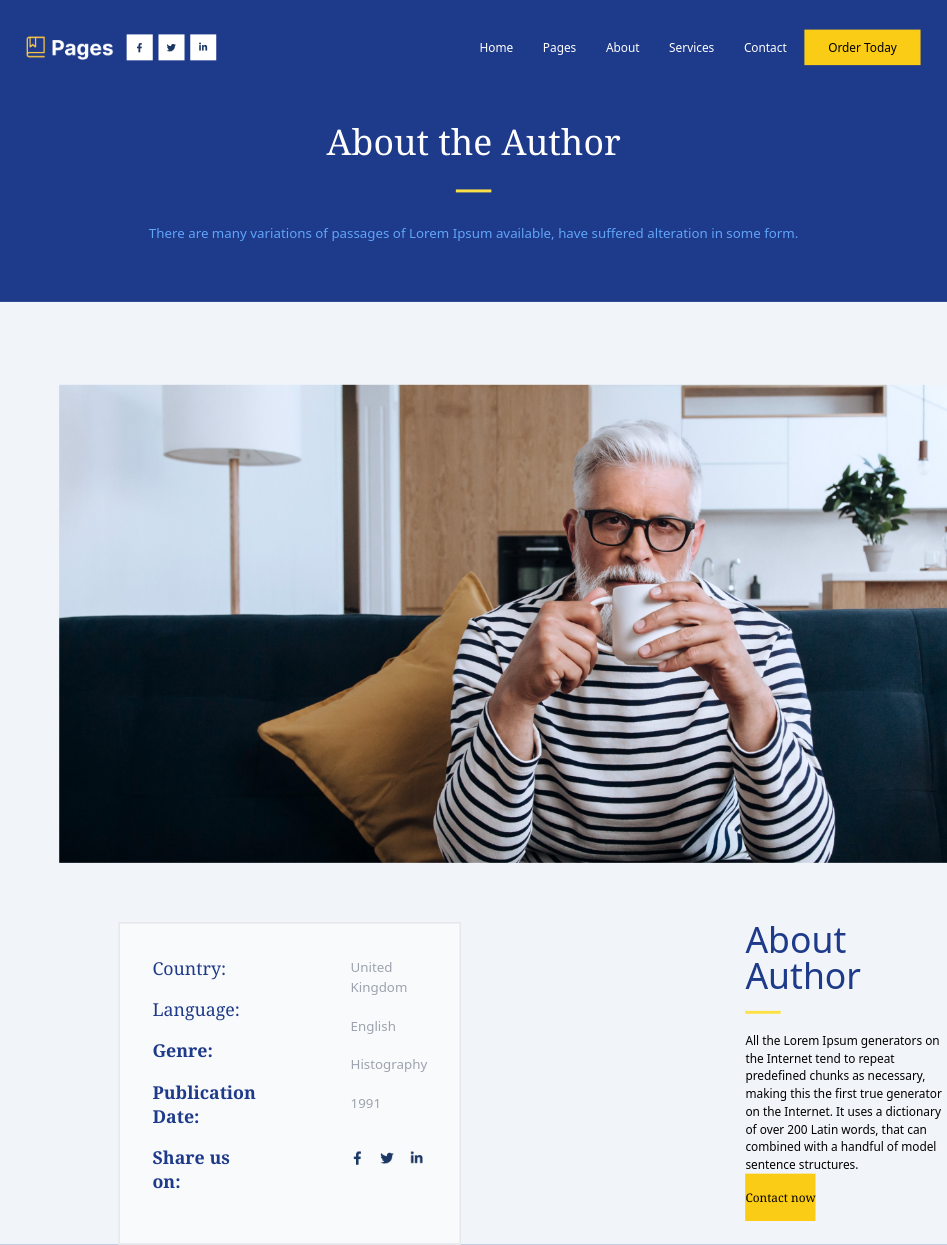
Repository: Godnorg/Class3
Page: index.html
These files come from the project's save history. The page is drawn as it stood at one moment and after the next save; the edit follows.
The browser window is 1280 px wide. The pictures show the whole page, at 74% of full size.
Some web libraries are served in a nearby version.

Above is the page before, as saved 2023-02-20 03:09:30.

### index.html
<!DOCTYPE html>
<html lang="en">
<head>
    <meta charset="UTF-8">
    <meta http-equiv="X-UA-Compatible" content="IE=edge">
    <meta name="viewport" content="width=device-width, initial-scale=1.0">
    <title>Class3</title>
    <script src="https://cdn.tailwindcss.com"></script>
</head>
<body class="w-full bg-blue-900">
<div class="flex items-center justify-between w-full pt-10 mx-auto px-9 max-w-7xl">
    <div class="flex gap-4 ">
    <img src="./Logo.png">
    <img src="./soc-icons.png" class="h-9">
    </div>
    <div class="flex gap-6">
        <ul class="flex items-center gap-10 text-white">
            <li><a href="#">Home</a></li>
            <li><a href="#">Pages</a></li>
            <li><a href="#">About</a></li>
            <li><a href="#">Services</a></li>
            <li><a href="#">Contact</a></li>
        </ul>
        <button class="px-8 py-3 mx-auto bg-yellow-400 font-sans-serif">Order Today</button>
    </div>
    </div>
    <div class="items-center mx-auto">
    <h1 class="items-center pt-20 pb-10 font-serif text-5xl text-center text-white">About the Author</h1>
        <div
            class="items-center w-12 h-1 mx-auto text-center bg-yellow-300">
        </div>
        <p class="items-center pt-10 pb-20 mx-auto text-lg text-center text-blue-400">There are many variations of passages of Lorem Ipsum available, have suffered alteration in some form.</p>
    </div>

    <div class= " bg-slate-100">
        <div class="relative w-full pb-20 pl-20 mx-auto pt-28 max-w-7xl">
        <img src="./oldman2.jpg">
        </div>
        <div class="flex">
        <div class="max-w-xl ml-40 mr-96 bg-gray-50">
            <div class="flex mt-0 border-2 pt-11 px-11 pb-11">
                <div class="pr-32">
                <h2 class="pb-6 font-serif text-2xl font-medium text-blue-900">Country:</h2>
                <h2 class="pb-6 font-serif text-2xl text-blue-900 font-bod">Language:</h2>
                <h2 class="pb-6 font-serif text-2xl font-bold text-blue-900">Genre:</h2>
                <h2 class="pb-6 font-serif text-2xl font-bold text-blue-900">Publication Date:</h2>
                <h2 class="pb-6 font-serif text-2xl font-bold text-blue-900">Share us on:</h2>
                </div>
                <div class="p-0">
                <p class="inline-flex pb-6 pr-0 text-lg text-gray-400 ">United Kingdom</p>
                <p class="pb-6 pr-0 text-lg text-gray-400">English</p>
                <p class="pb-6 pr-0 text-lg text-gray-400">Histography</p>
                <p class="pb-6 pr-0 text-lg text-gray-400">1991</p>
                <img src="./socialmedia.png" class="pb-6 pr-0 pt-7">
                </div>
            </div>
        </div>
        <div class="mx-auto">
          <h1 class="text-5xl text-blue-900 ">About Author</h1>
          <div class="w-12 h-1 my-6 bg-yellow-300"></div>
          <p>All the Lorem Ipsum generators on the Internet tend to repeat predefined chunks as necessary, making this the first true generator on the Internet. It uses a dictionary of over 200 Latin words, that can combined with a handful of model sentence structures.</p>
          <button class="py-5 mx-auto font-serif bg-yellow-400 mt-px-16">Contact now</button>
        </div>
    </div>
</div>

</body>
</html>

After the next save:
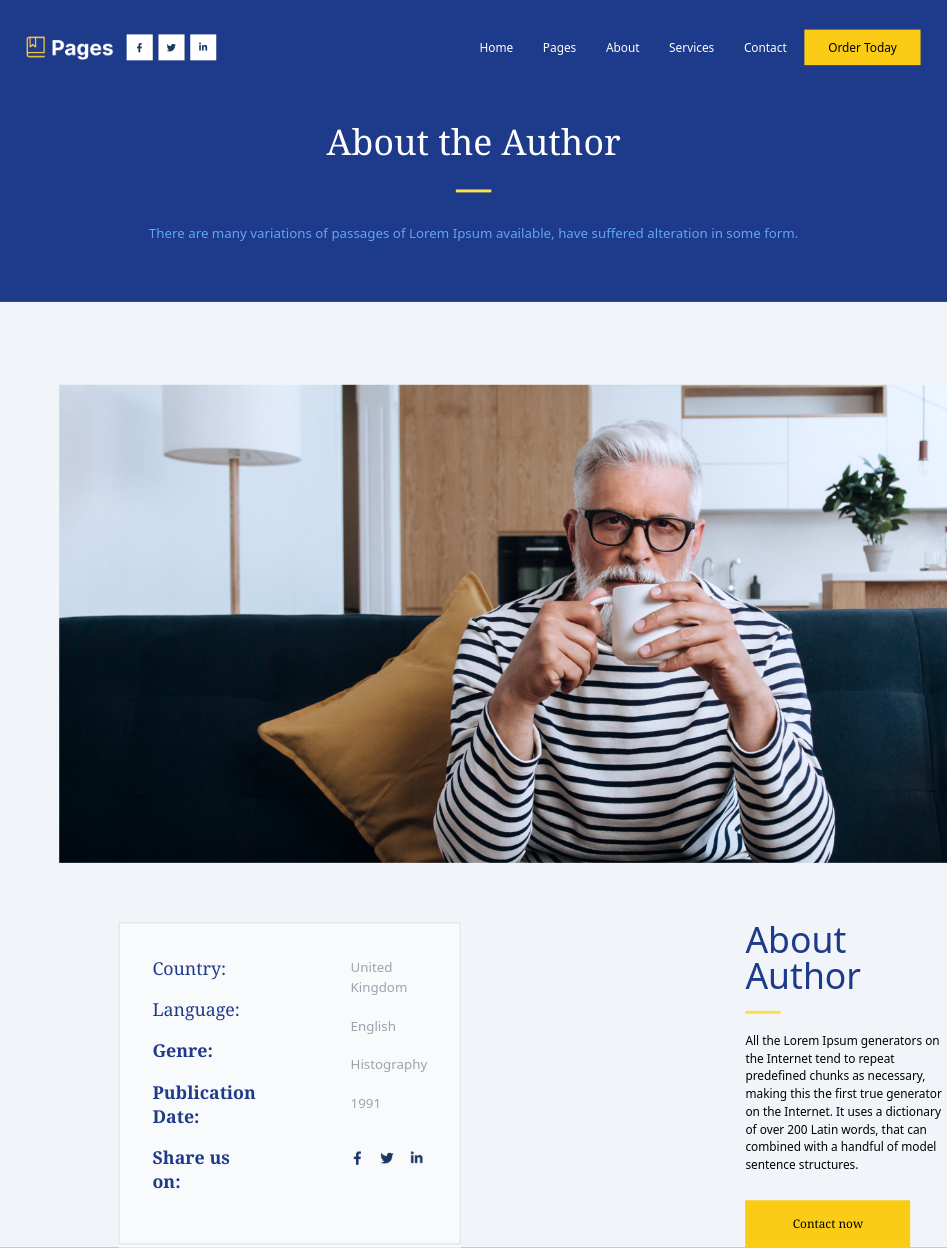
Saved 44 s later.
--- a/index.html
+++ b/index.html
@@ -59,7 +59,7 @@
           <h1 class="text-5xl text-blue-900 ">About Author</h1>
           <div class="w-12 h-1 my-6 bg-yellow-300"></div>
           <p>All the Lorem Ipsum generators on the Internet tend to repeat predefined chunks as necessary, making this the first true generator on the Internet. It uses a dictionary of over 200 Latin words, that can combined with a handful of model sentence structures.</p>
-          <button class="py-5 mx-auto font-serif bg-yellow-400 mt-px-16">Contact now</button>
+          <button class="px-16 py-5 mx-auto font-serif bg-yellow-400 mt-9">Contact now</button>
         </div>
     </div>
 </div>
